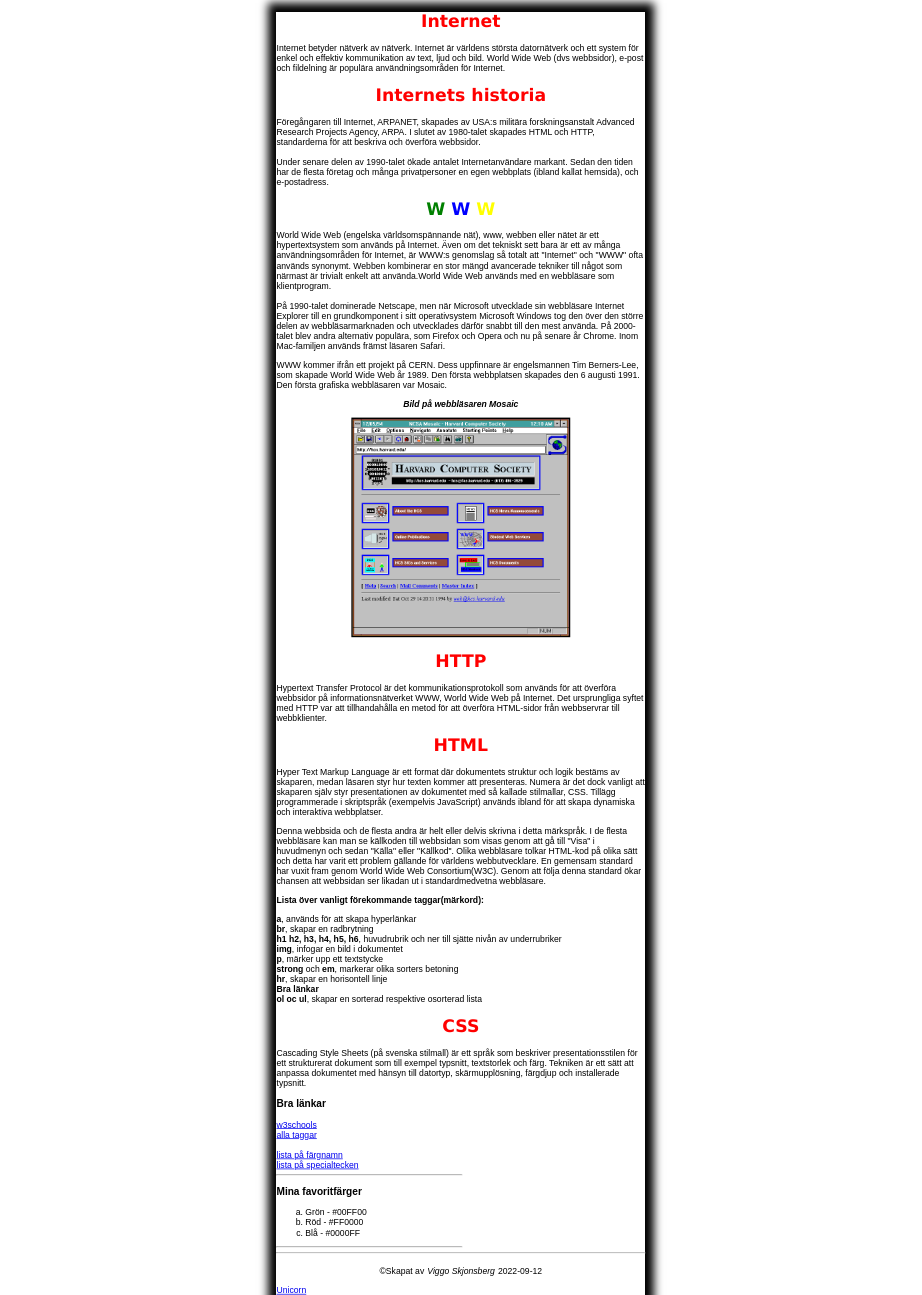
Repository: ViggoSkj/VGY
Page: ovningar/ovning2/ovning2.html
These files come from the project's save history. The page is drawn as it stood at one moment and after the next save; the edit follows.
The browser window is 1280 px wide. The pictures show the whole page, at 72% of full size.

Above is the page before, as saved 2022-11-27 11:33:30.

After the next save:
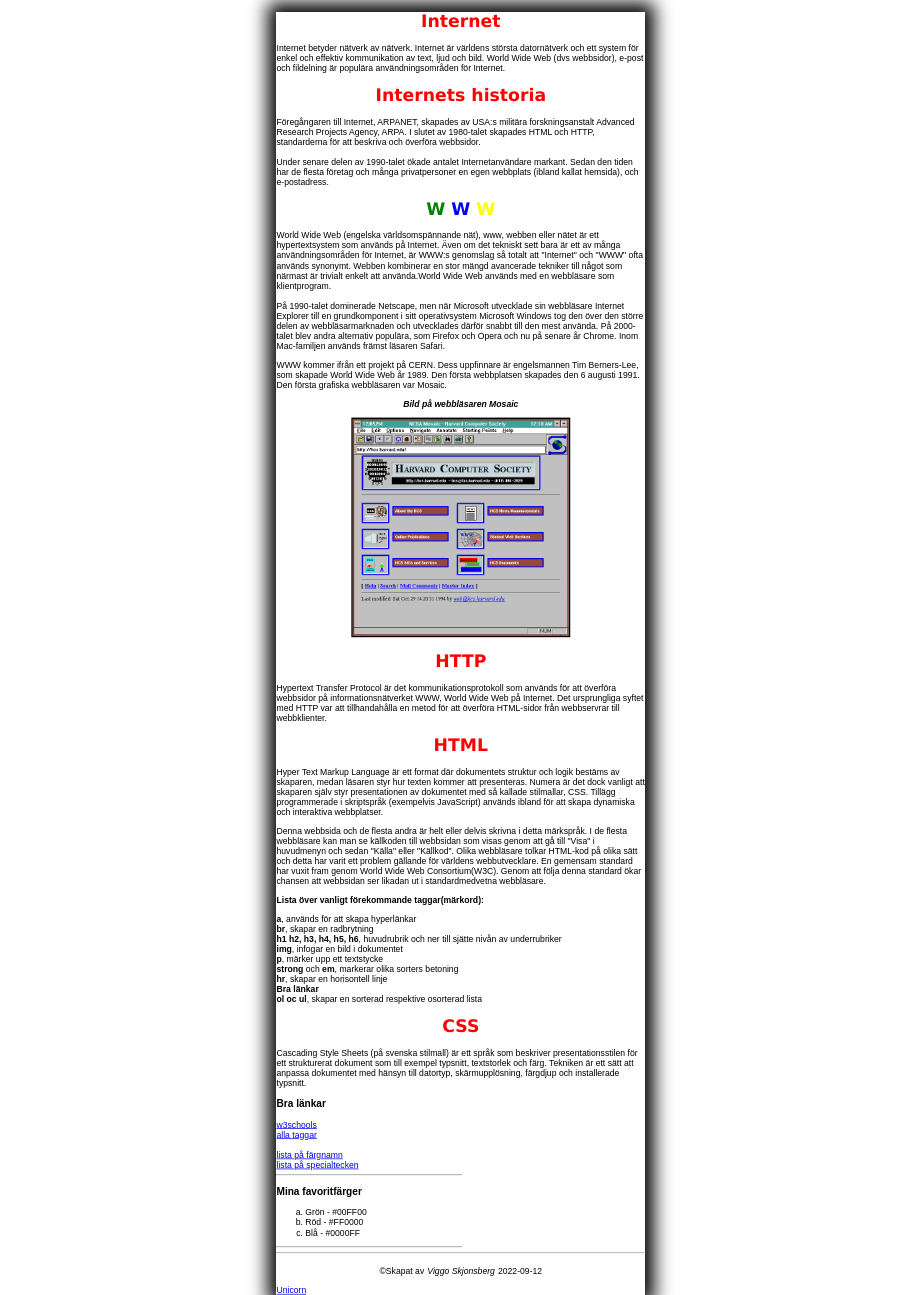
Saved 4 s later.
--- a/ovningar/ovning2/public/css/style.css
+++ b/ovningar/ovning2/public/css/style.css
@@ -4,7 +4,7 @@ body.ovning-2
     margin: auto;
     font-size: 12px;
     font-family: Arial, Helvetica, sans-serif;
-    box-shadow: black 0em 0em 1em 1em;
+    box-shadow: black 0em 0em 2em 1em;
 }
 
 body.ovning-2 h1
